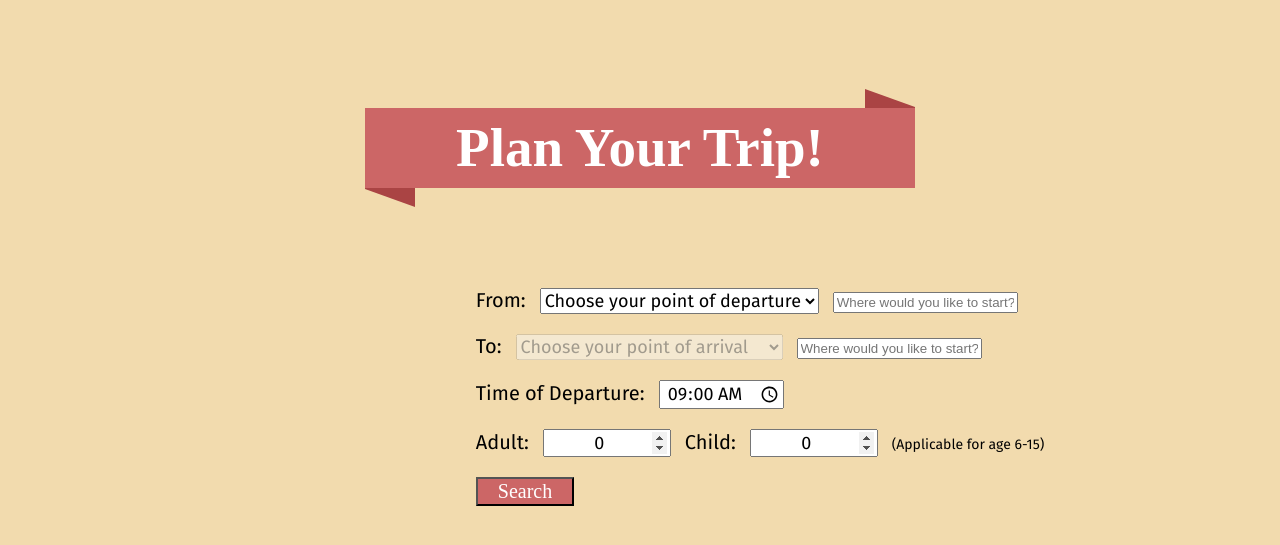
Repository: bbh0607/bae_dNation
Page: public/index.html
An editor plug-in stored every save of this project. The page is shown before and after the next save, followed by the edit.
The browser window is 1280 px wide. The pictures show the whole page.
Some web fonts or font styles are not loaded; a fallback is used.

Above is the page before, as saved 2020-02-01 15:22:17.

### public/index.html
<!DOCTYPE html>
<html lang="en">
  <head>
    <meta charset="UTF-8" />
    <link rel="stylesheet" type="text/css" href="./css/style.css" />
    <link rel="stylesheet" href="https://fonts.googleapis.com/css?family=Fira+Sans">
    <script src="js/script.js"></script>
    <title>My Website</title>
  </head>
  <body>
    <h1>Plan Your Trip!</h1>
    <form action="result.html" method="POST">
      <ul>
        <li>
          <label for="from">From:</label>
          <select id="fromSelect" name="from" onchange="removeDuplicate(this)" required>
            <option value="DEFAULT" selected disabled hidden>Choose your point of departure</option>
            <option value="KLIA">KLIA (KL International Airport)</option>
            <option value="KLIA2">KLIA2 (Airport Terminal 2)</option>
            <option value="SENTRAL">KL Sentral</option>
            <option value="OTHER">Other..</option>
          </select>
          <input type="text" name="search" placeholder="Where would you like to start?">
        </li>
        <li>
          <label for="to">To:</label>
          <select id="toSelect" name="to" onchange="removeDuplicate(this)" disabled required>
            <option value="DEFAULT" selected disabled hidden>Choose your point of arrival</option>
            <option value="KLIA">KLIA (KL International Airport)</option>
            <option value="KLIA2">KLIA2 (Airport Terminal 2)</option>
            <option value="SENTRAL">KL Sentral</option>
            <option value="OTHER">Other..</option>
          </select>
          <input type="text" name="search" placeholder="Where would you like to start?">
        </li>
        <li>
          <label for="deptime">Time of Departure:</label>
          <input type="time" id="deptime" name="deptime" value="09:00" required>
        </li>
        <li>
          <label for="adult">Adult:</label>
          <input type="number" id="adult" name="adult" value="0" min='0' required>
          <label for="child">Child:</label>
          <input type="number" id="child" name="child" value="0" min='0' required>
          <small>(Applicable for age 6-15)</small>
        </li>
        <li>
          <input type="submit" value="Search">
        </li>
      </ul>
    </form a>
  </body>
</html>

### public/css/style.css
/* body {
  background-color: aquamarine;
} */

@import url(https://fonts.googleapis.com/css?family=Patua+One);

body {
  background-color:#F2DBAE;
  align-content: center;
}

h1 {
  background-color:#c66;
  width:550px; height:80px;
  line-height:80px;
  font-size:55px;
  text-align:center;
  position:relative;
  margin:100px auto;
  font-family: 'Patua One', cursive;
  color:#fff;
  }

h1:before, h1:after {
  background-color:#a44;
  width:50px; height:80px;
  content:'';
  display:block;
  transform:skewY(20deg);
  position:absolute;
  z-index:-1;
}

h1:before {top:10px; left:0; }
h1:after {top:-10px; right:0; }

label {
  font-size: 20px;
  font-family: "Fira Sans", sans-serif;
  margin-right: 10px;
}

ul {
  list-style-type: none;
  justify-self: center;
  margin-left: 200px;
}

li {
  margin-top: 20px;
}

select {
  font-family: "Fira Sans", sans-serif;
  font-size: 18px;
  margin-right: 10px;
}

input[type="submit"]{
  background-color: #c66;
  color: #fff;
  font-size: 20px;
  font-family: 'Patua One', cursive;
  padding-left: 20px;
  padding-right: 20px;
}

input[type="time"], input[type="number"]{
  width: 120px;
  text-align: center;
  font-family: "Fira Sans", sans-serif;
  font-size: 18px;
  margin-right: 10px;
}

small {
  font-family: "Fira Sans", sans-serif;
  font-size: 14px;
}

input[type='number']::-webkit-inner-spin-button,
input[type='number']::-webkit-outer-spin-button {
    opacity: 1;
}

input[type='time']::-webkit-inner-spin-button,
input[type='time']::-webkit-outer-spin-button {
    opacity: 1;
}

### public/js/script.js
function removeDuplicate(element) {
    const changedId = element.id;
    const comparisonId = changedId == 'fromSelect'? 'toSelect': 'fromSelect';
    const changed = document.getElementById(changedId);
    const compare = document.getElementById(comparisonId)
    if (
      changed.options[changed.selectedIndex].value ==
      compare.options[compare.selectedIndex].value
    ) compare.value="DEFAULT"
    document.getElementById(comparisonId).disabled = false;
}

After the next save:
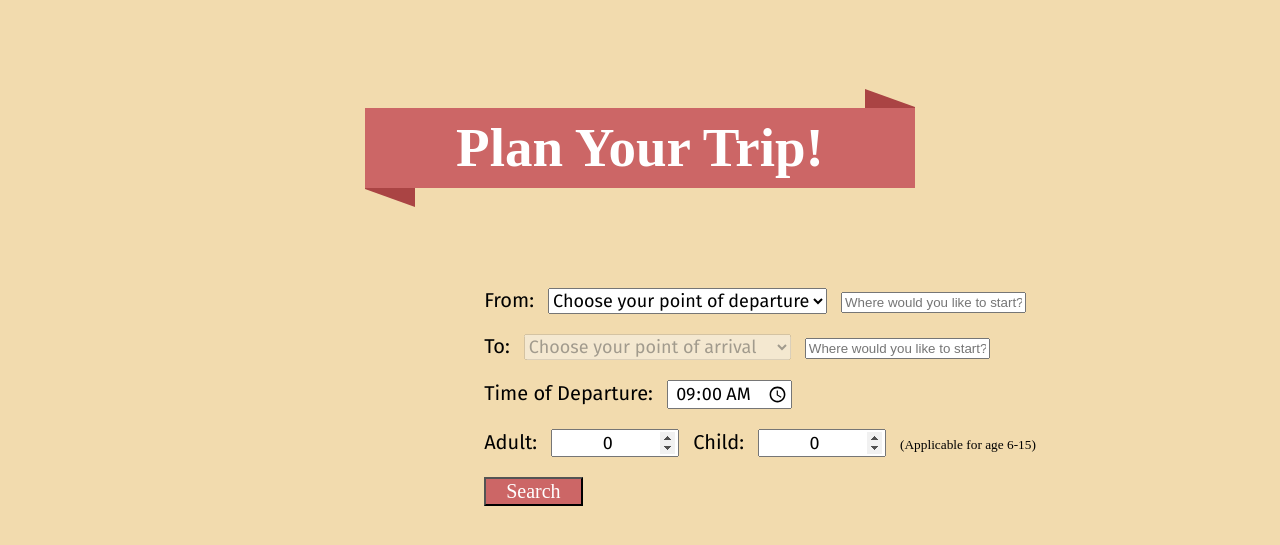
Saved 14 s later.
--- a/public/css/style.css
+++ b/public/css/style.css
@@ -73,6 +73,8 @@ input[type="time"], input[type="number"]{
   margin-right: 10px;
 }
 
+input[type="text"]
+
 small {
   font-family: "Fira Sans", sans-serif;
   font-size: 14px;
